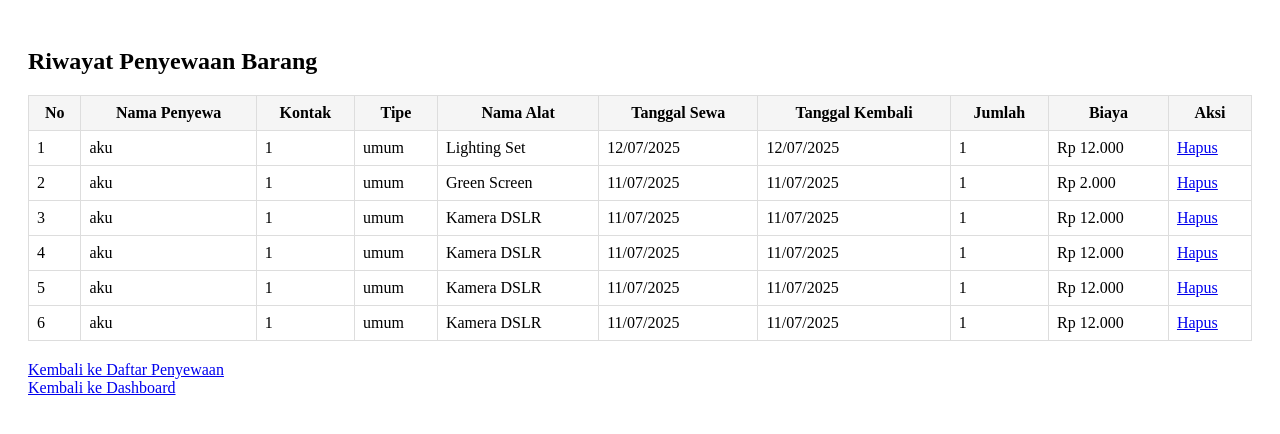
Repository: fatkquladhim/multimedia_app
Page: http://localhost/admin/penyewaan/riwayat-penyewaan-barang.php
These files come from the project's save history. The page is drawn as it stood at one moment and after the next save; the edit follows.
The browser window is 1280 px wide. The pictures show the whole page.
The page is run by PHP 8.4 with error messages shown; the project is at /var/www/html/. The session is filled in as if someone had signed in: {"user_id": 2, "username": "asep", "role": "admin"}. The database holds what the project's SQL file puts in it.

Above is the page before, as saved 2025-07-14 13:39:54.

After the next save:
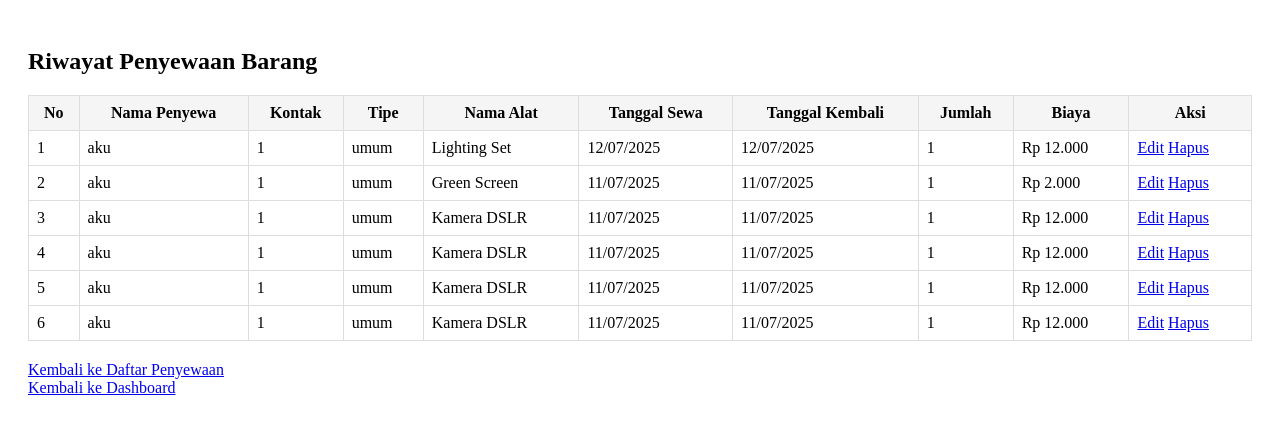
Saved 35 s later.
--- a/admin/penyewaan/riwayat-penyewaan-barang.php
+++ b/admin/penyewaan/riwayat-penyewaan-barang.php
@@ -83,7 +83,9 @@ $result = $conn->query($query);
                         <td><?php echo $row['jumlah']; ?></td>
                         <td>Rp <?php echo number_format($row['biaya'], 0, ',', '.'); ?></td>
                         <td>
-                            <a href="riwayat-penyewaan-hapus.php?id=<?php echo $row['id']; ?>" onclick="return confirm('Yakin ingin menghapus riwayat ini?')">Hapus</a>
+                           <a href="edit-barang-penyewaan.php?id=<?php echo $row['id']; ?>">Edit</a>
+                        <a href="hapus-penyewaan.php?id=<?php echo $row['id']; ?>"
+                           onclick="return confirm('Apakah Anda yakin ingin menghapus penyewaan ini?')">Hapus</a>
                         </td>
                     </tr>
                     <?php endwhile; ?>
